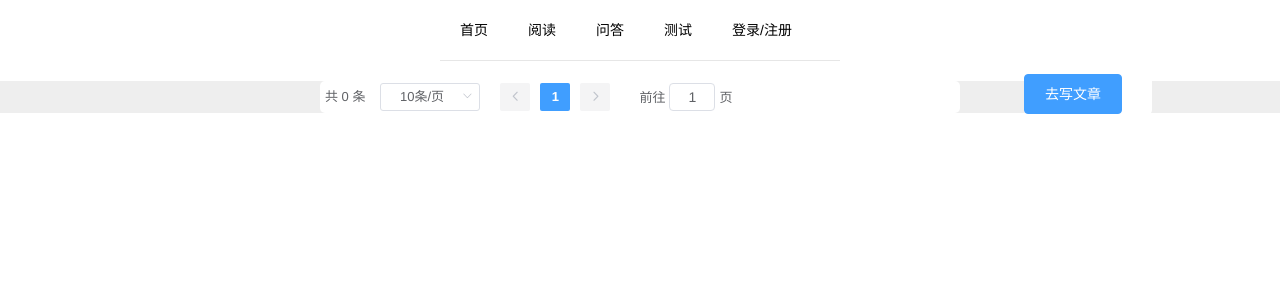
Repository: shengligo/xyx_vue_v1
Page: /read
An editor plug-in stored every save of this project. The page is shown before and after the next save, followed by the edit.
The browser window is 1280 px wide. The pictures show the whole page.
The page's requests for data from a server got no answer. The project was rebuilt for these pictures with package versions that can differ from the ones it lists, and the page was loaded fresh each time. No one was signed in, and anything a server would have sent is missing. Also part of the build but not shown: vue.config.js, src/views/home/childComps/Art.vue, src/views/author/authors.vue.

Above is the page before, as saved 2021-09-04 13:11:58.

After the next save:
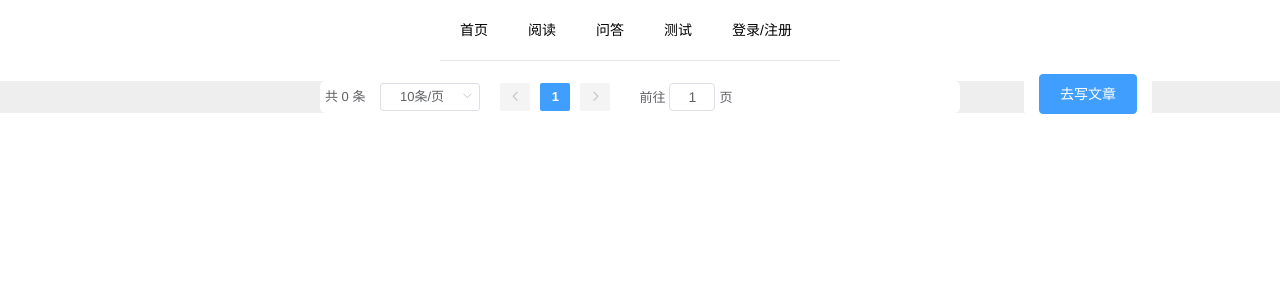
Saved 12 s later.
--- a/src/views/read/Read.vue
+++ b/src/views/read/Read.vue
@@ -266,8 +266,8 @@ ol {
   border-radius: 5px;
   display: flex;
   align-items: center;
+  justify-content: center;
   top: 10%;
   right: 10%;
-  text-align: center;
 }
 </style>
